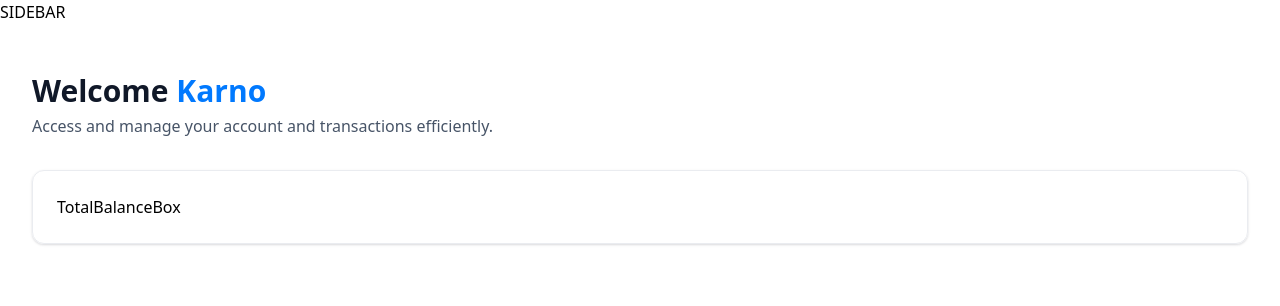
Repository: KarnoSarker/Banking
Page: /
An editor plug-in stored every save of this project. The page is shown before and after the next save, followed by the edit.
The browser window is 1280 px wide. The pictures show the whole page.
The project was rebuilt for these pictures with package versions that can differ from the ones it lists, and the page was loaded fresh each time. The framework's server and built-in components were replaced by stand-ins that run in the browser. Also part of the build but not shown: next.config.mjs.

Above is the page before, as saved 2024-05-14 12:29:29.

After the next save:
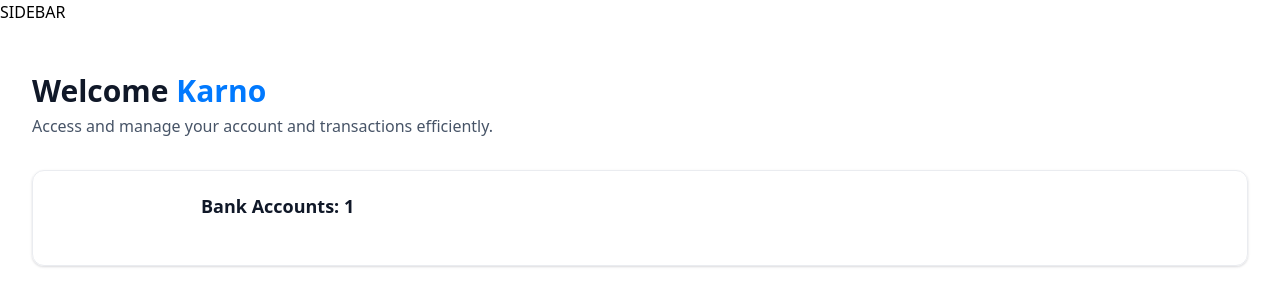
Saved 5 min 22 s later.
--- a/components/TotalBalanceBox.tsx
+++ b/components/TotalBalanceBox.tsx
@@ -5,7 +5,15 @@ const TotalBalanceBox = ({
   totalBanks,
   totalCurrentBalance,
 }: TotlaBalanceBoxProps) => {
-  return <section className='total-balance'>TotalBalanceBox</section>;
+  return (
+    <section className='total-balance'>
+      <div className='total-balance-chart'>{/* Chart */}</div>
+      <div className='flex flex-col gap-6'>
+        <h2 className='header-2'>Bank Accounts: {totalBanks}</h2>
+        <div></div>
+      </div>
+    </section>
+  );
 };
 
 export default TotalBalanceBox;
